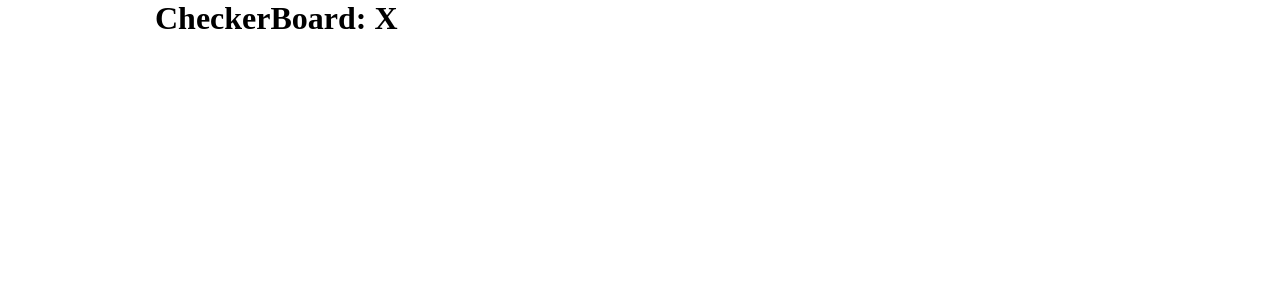
Repository: schintatkun/JavaSpring
Page: http://localhost/Checkerboard/checkerboard.jsp
These files come from the project's save history. The page is drawn as it stood at one moment and after the next save; the edit follows.
The browser window is 1280 px wide. The pictures show the whole page.
The page is served by Tomcat 9.

Above is the page before, as saved 2018-09-08 23:58:12.

### servlets/Checkerboard/WebContent/checkerboard.jsp
<%@ page language="java" contentType="text/html; charset=UTF-8"
    pageEncoding="UTF-8"%>
<!DOCTYPE html>
<html>
<head>
	<meta charset="UTF-8">
	<link rel="stylesheet" href="style.css">
	<title>CheckerBoard</title>
</head>
<body>
	<div class="container">

		<%	int width =0; int height = 0;
			String strWidth =""; String strHeight = "";
			if(request.getParameter("width") != null){
				//convert String to a primitive int -> Integer.parseInt(number)
				width = Integer.parseInt(request.getParameter("width"));
				strWidth =request.getParameter("width");
			}
			if(request.getParameter("height")!= null){
				height = Integer.parseInt(request.getParameter("height"));
				strHeight =request.getParameter("height");
			}
		%>
		<h1>CheckerBoard: <%=strWidth%> X <%=strHeight%></h1>

		<% for(int i=0;i<width;i++){ %>
			<% for(int j=0;j<height;j++){ %>
				<div class="red"><%=i%>,<%=j%></div><!--  -->
			<%}%>

		<%}%>

	</div>
</body>
</html>

### servlets/Checkerboard/WebContent/style.css
*{
	margin: 0;
	padding 0;
}
.container {
	margin: 0 auto;
	width: 970px;
}
.red{
	background-color: red;
	width: 50px;
	height: 50px;
	display: inline-block;
}

After the next save:
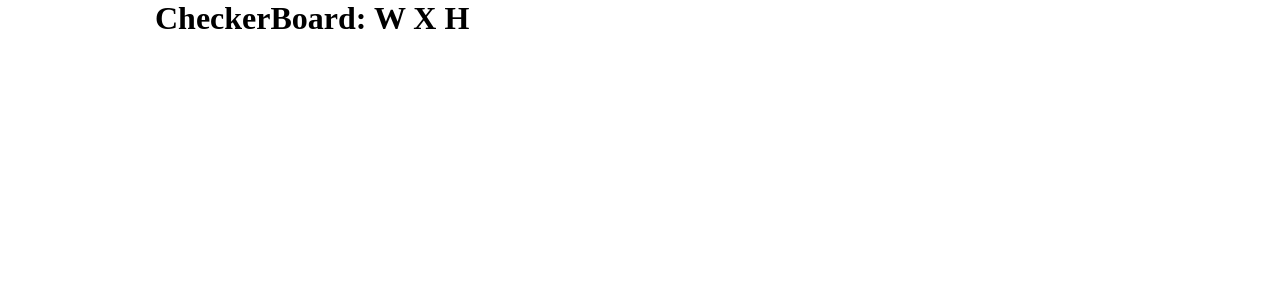
Saved 2 min 55 s later.
--- a/servlets/Checkerboard/WebContent/checkerboard.jsp
+++ b/servlets/Checkerboard/WebContent/checkerboard.jsp
@@ -22,7 +22,7 @@
 				strHeight =request.getParameter("height");
 			}
 		%>
-		<h1>CheckerBoard: <%=strWidth%> X <%=strHeight%></h1>
+		<h1>CheckerBoard: <%=strWidth%>W X <%=strHeight%>H</h1>
 
 		<% for(int i=0;i<width;i++){ %>
 			<% for(int j=0;j<height;j++){ %>
